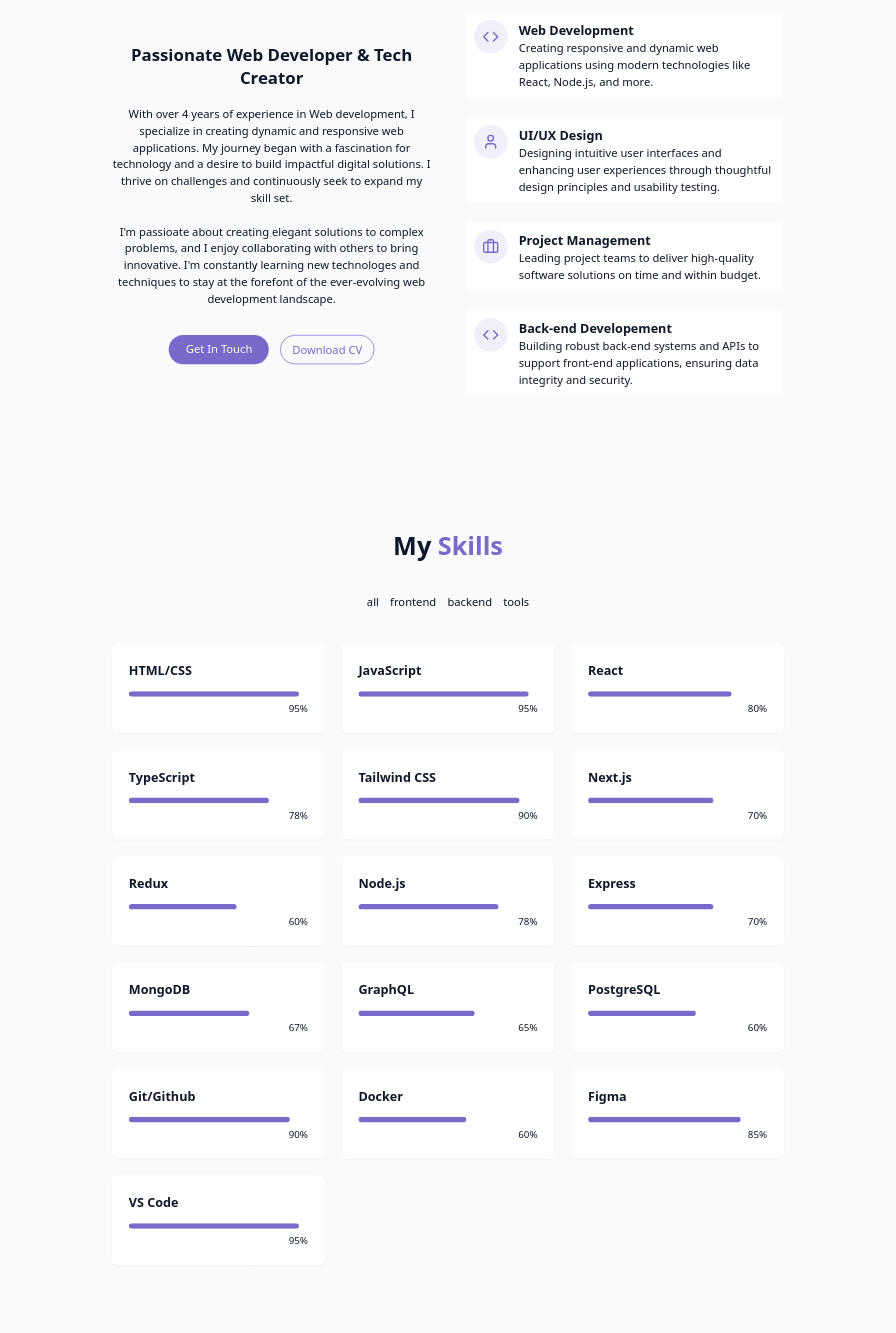
Repository: mOzariffard/Portfolio
Page: /
These files come from the project's save history. The page is drawn as it stood at one moment and after the next save; the edit follows.
The browser window is 1280 px wide. The pictures show the part of the page from y = 888 to 2808 px (the page is 2792 px tall before and 2808 px after), at 70% of full size.
The project was rebuilt for these pictures with package versions that can differ from the ones it lists, and the page was loaded fresh each time. Also part of the build but not shown: vite.config.js, src/pages/NotFound.jsx.

Above is the page before, as saved 2025-06-29 18:08:27.

After the next save:
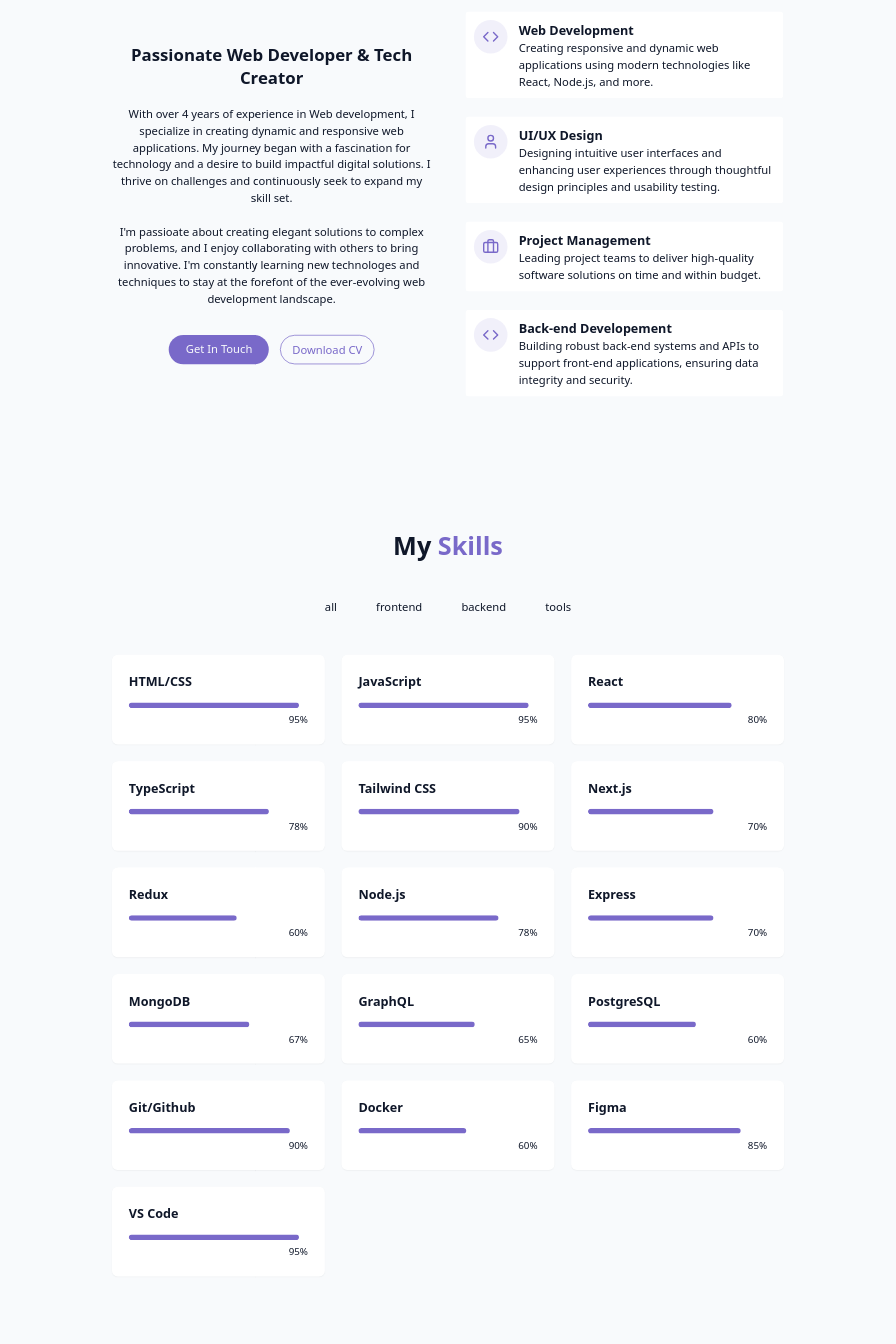
Saved 96 s later.
--- a/src/components/SkillsSection.jsx
+++ b/src/components/SkillsSection.jsx
@@ -43,7 +43,7 @@ const SkillsSection = () => {
 
             <div className='flex flex-wrap justify-center gap-4 mb-12'>
                 {categoreis.map((category, index)=>(
-                    <button key={index}> {category} </button>
+                    <button key={index} className='px-5 py-2'> {category} </button>
                 ))}
             </div>
 
